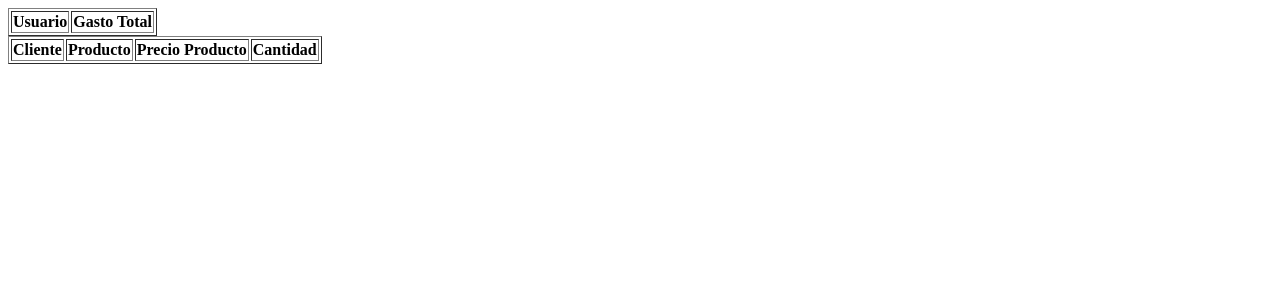
Repository: daniddm/TrabajaDawEcommerce
Page: http://localhost/Ecommerce_SanTierno/verVentas.jsp
The author's editor kept a copy of each file at every save. The page is drawn from the files as they stood at one save, then again after the next save.
The browser window is 1280 px wide. The pictures show the whole page.
The page is served by Tomcat 9. Other server files are loaded and not shown.

Above is the page before, as saved 2021-12-10 18:23:48.

### Ecommerce_SanTierno/WebContent/verVentas.jsp
<%@ page language="java" contentType="text/html; charset=ISO-8859-1"
    pageEncoding="ISO-8859-1"%>
<%@taglib uri="http://java.sun.com/jsp/jstl/core" prefix="c" %>
<!DOCTYPE html>
<html>
<head>
<meta charset="ISO-8859-1">
<title>Insert title here</title>
</head>
<body>
	<table border="1">
		<tr>
			<th>Usuario</th>
			<th>Gasto Total</th>

		</tr>

		<c:forEach var="ven" items="${sessionScope.listaVentas}">
		<tr>
		  	<td>${ven.usuario.username}</td>
			<td>${ven.precioTotal}</td>
		</tr>
		</c:forEach>
	</table>
	<table border="1">
		<tr>
			<th>Cliente</th>
			<th>Producto</th>
			<th>Precio Producto</th>
			<th>Cantidad</th>
		</tr>
		<c:forEach var="pven" items="${sessionScope.listaVentaProducto}">
			<td>${pven.venta.usuario.username}</td>
		  	<td>${pven.producto.nombre}</td>
			<td>${pven.precio}</td>
			<td>${pven.cantidad}</td>
		</tr>
		</c:forEach>
	</table>
</body>
</html>

### Ecommerce_SanTierno/WebContent/css/productos.css
*{
	margin: 0;
	padding: 0;
	box-sizing: border-box;
}

body {
	background: #f3f3f3;
}


a{
	text-decoration: none;
}

.contenedor {
	width: 100%;
	/*max-width: 1200px;*/
	margin-right: auto;
	margin-left: auto;
}

header {
	padding: 40px 0;
	background-image: url("img/ini.jpg");
}
header div.cabecera {
	width: 100%; /* Establecemos que el ancho sera del 100% */
	max-width:90%; /* Aqui le decimos que el ancho máximo sera de 90% */
	margin:1%; /* Centramos los elementos */
	overflow:hidden; /* Eliminamos errores de float */
}

header div.cabecera div.imagen {
	width:50%;
	float: left;
}

header div.cabecera div.imagen img{
	width:20%;
}

header div.cabecera nav {
	width:50%;
	float:right;
	line-height:20%;
	margin-top: 2%;
	text-align: right;

}

header div.cabecera nav a {
	display:inline-block;
	color:#000000;
	text-decoration:none;
	padding:10px 20px;
	line-height:normal;
	font-size:20px;
	font-weight:bold;
	-webkit-transition:all 500ms ease;
	-o-transition:all 500ms ease;
	transition:all 500ms ease;
}

header  div.cabecera nav a:hover {
	background:#f56f3a;
	border-radius:50px;

}

header .logo {
	margin-bottom: 40px 0;
	text-align: center;
}

p {
	margin-bottom: 20px;
}

header .form {
	width: 100%;
	display: flex;
	justify-content: center;
	margin-bottom: 20px;
}

/* trabajamos con flex y display para que los elmentos esten centardos */
header .categorias {
	display: flex;
	justify-content: center;
	flex-wrap: wrap;

}
/* damos estilos a los enlaces */
header .categorias a {
	color: #9B9B9B;
	margin: 10px 20px;
	font-size: 18px;
	font-weight: 700;
}
/* el enlace tiene el color negro */
header .categorias a.activo {
	color: #000;

}

header .barra-buscar{
	width: 70%;
	height: 40px;
	line-height: 40px;
	background: #fff;
	padding: 0 20px;
	border: none;
	border-radius: 100px;
	font-size: 16px;
	font-size: 16px;
}

/*TRABAJO DE FOTOS */
/**/
.grid {
	position: relative;
	width: 100%;
	opacity: 0;
	transition: opacity 0.5s linear 1s;
  }

.grid.imagenes-cargadas {/*añadimos esta clase para cargar todas las imagenes de golpe con JS*/
	opacity: 1;
}
.grid .item {
	position: absolute;/*posicion absoluto */
	display: block;
	padding: 0%;
	margin: 10px;
	width: calc(33.333% - 20px);/*cambiamos el tamaño de la imagen */

  }

.grid .item-content {
	position: relative;/*lo pide la libreria en la doc*/
}
.grid .item img {
	cursor: pointer;
	width: 100%; /*le doy un valor a la imgane del 100% asi pilla el 33.3 %*/
	vertical-align: top;

}

After the next save:
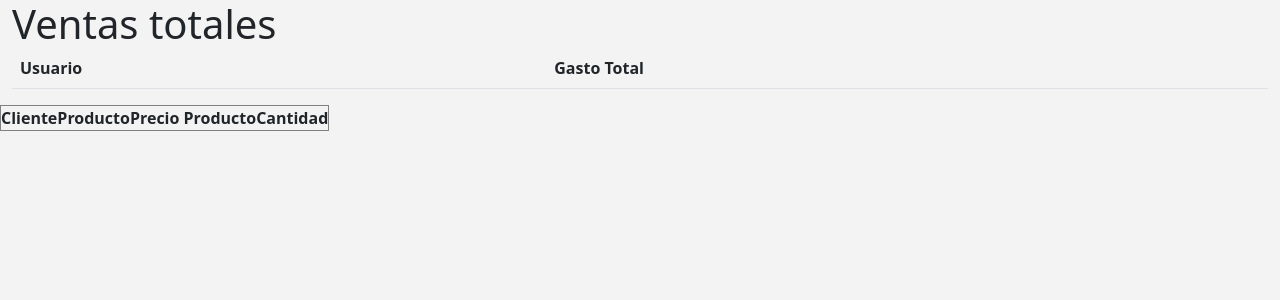
Saved 4 min 11 s later.
--- a/Ecommerce_SanTierno/WebContent/verVentas.jsp
+++ b/Ecommerce_SanTierno/WebContent/verVentas.jsp
@@ -2,26 +2,41 @@
     pageEncoding="ISO-8859-1"%>
 <%@taglib uri="http://java.sun.com/jsp/jstl/core" prefix="c" %>
 <!DOCTYPE html>
+
 <html>
 <head>
-<meta charset="ISO-8859-1">
-<title>Insert title here</title>
+
+	<meta charset="UTF-8">
+    <meta http-equiv="X-UA-Compatible" content="IE=edge">
+    <meta name="viewport" content="width=device-width, initial-scale=1.0">
+
+	<title>Ver ventas</title>
+
+	<link href="https://cdn.jsdelivr.net/npm/bootstrap@5.1.3/dist/css/bootstrap.min.css" rel="stylesheet" integrity="sha384-1BmE4kWBq78iYhFldvKuhfTAU6auU8tT94WrHftjDbrCEXSU1oBoqyl2QvZ6jIW3" crossorigin="anonymous">
+    <link href="css/productos.css" rel="stylesheet" />
+	<script src="https://ajax.googleapis.com/ajax/libs/jquery/3.5.1/jquery.min.js"></script>
+
 </head>
-<body>
-	<table border="1">
-		<tr>
-			<th>Usuario</th>
-			<th>Gasto Total</th>
 
-		</tr>
+<body class="h-100 w-100">
 
-		<c:forEach var="ven" items="${sessionScope.listaVentas}">
-		<tr>
-		  	<td>${ven.usuario.username}</td>
-			<td>${ven.precioTotal}</td>
-		</tr>
-		</c:forEach>
-	</table>
+	<div class="container-fluid">
+		<span class="display-6">Ventas totales</span>
+		<table class="table">
+			<tr>
+				<th>Usuario</th>
+				<th>Gasto Total</th>
+			</tr>
+			<c:forEach var="ven" items="${sessionScope.listaVentas}">
+				<tr>
+				  	<td>${ven.usuario.username}</td>
+					<td>${ven.precioTotal}</td>
+				</tr>
+			</c:forEach>
+		</table>
+	</div>
+
+
 	<table border="1">
 		<tr>
 			<th>Cliente</th>
